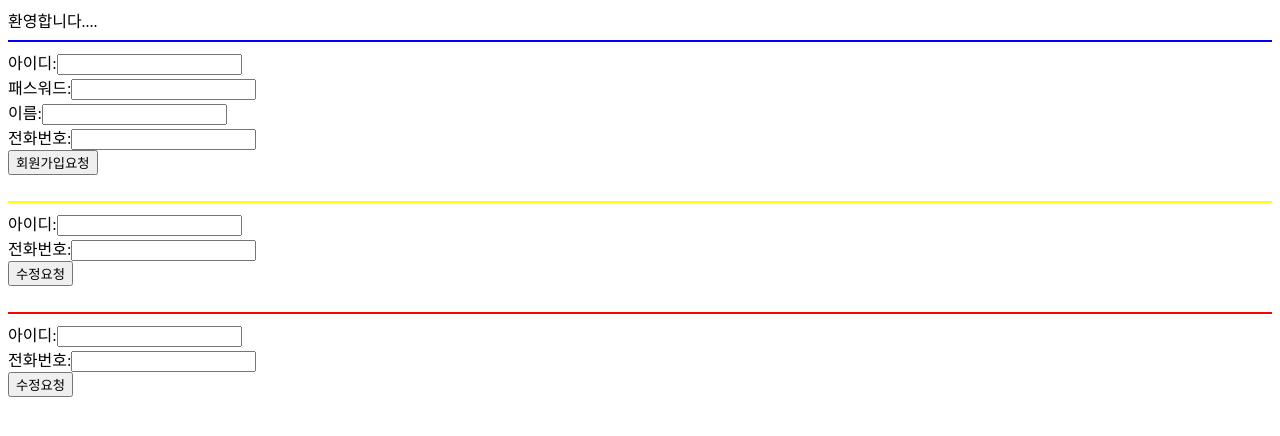
Repository: Yusubin/workEx
Page: spring00/src/main/webapp/index.html
An editor plug-in stored every save of this project. The page is shown before and after the next save, followed by the edit.
The browser window is 1280 px wide. The pictures show the whole page.

Above is the page before, as saved 2022-02-14 08:17:32.

After the next save:
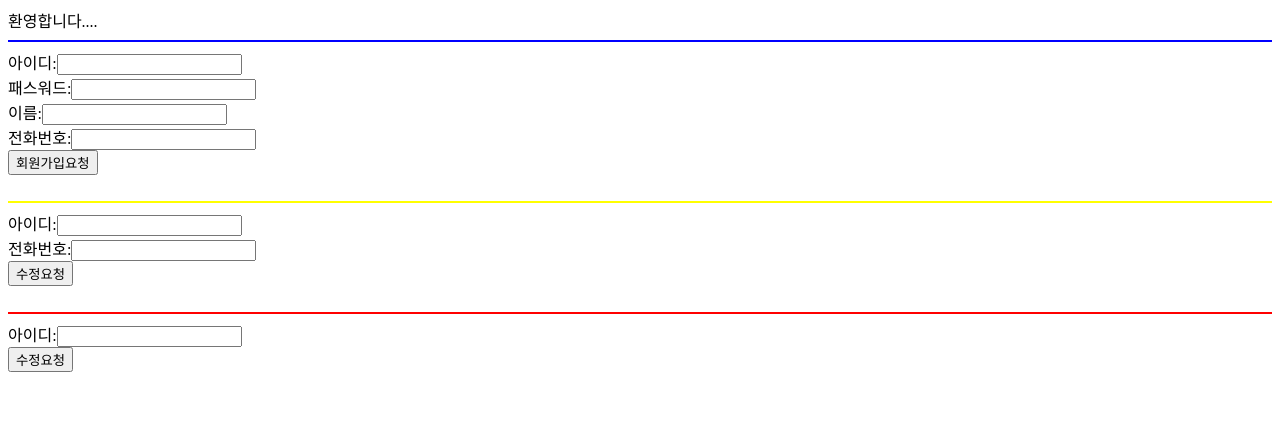
Saved 4 s later.
--- a/spring00/src/main/webapp/index.html
+++ b/spring00/src/main/webapp/index.html
@@ -27,7 +27,6 @@
 	<hr color="red">
 	<form action="delete.jsp">
 	아이디:<input type="text" name="id"><br>
-	전화번호:<input type="text" name="tel"><br>
 	<button>수정요청</button>
 	</form>
 	</body>
